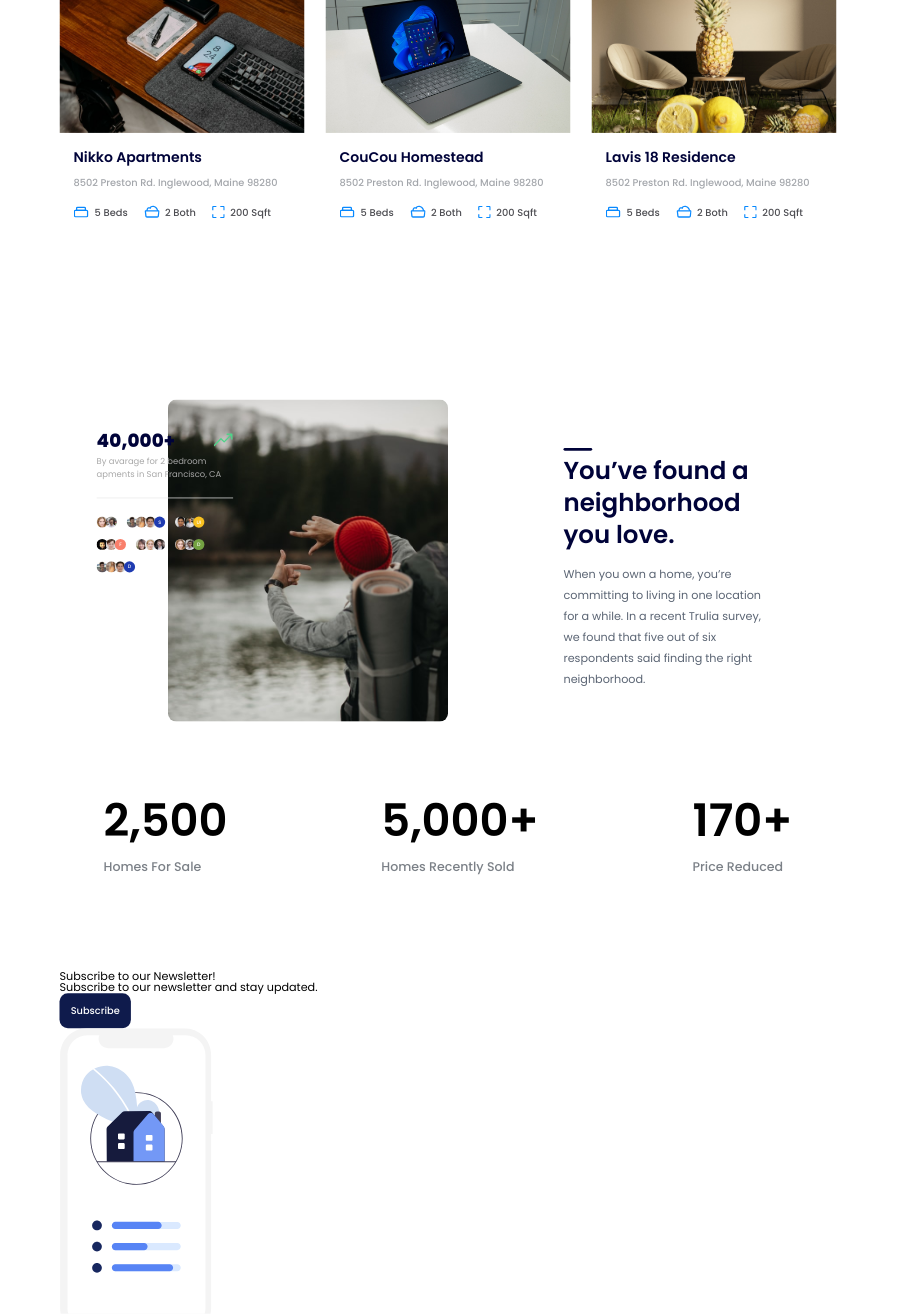
Repository: datvu1608/dv-htmlcss-01
Page: index.html
These files come from the project's save history. The page is drawn as it stood at one moment and after a run of saves; the edit follows.
The browser window is 1280 px wide. The page is 1295 px wide, so the pictures cover 1295 px, including what lies to the right of the window. The pictures show the part of the page from y = 2067 to 3947 px (the page is 3947 px tall before and 3862 px after), at 70% of full size.

Above is the page before, as saved 2023-06-13 16:15:41.

After the next 2 saves:
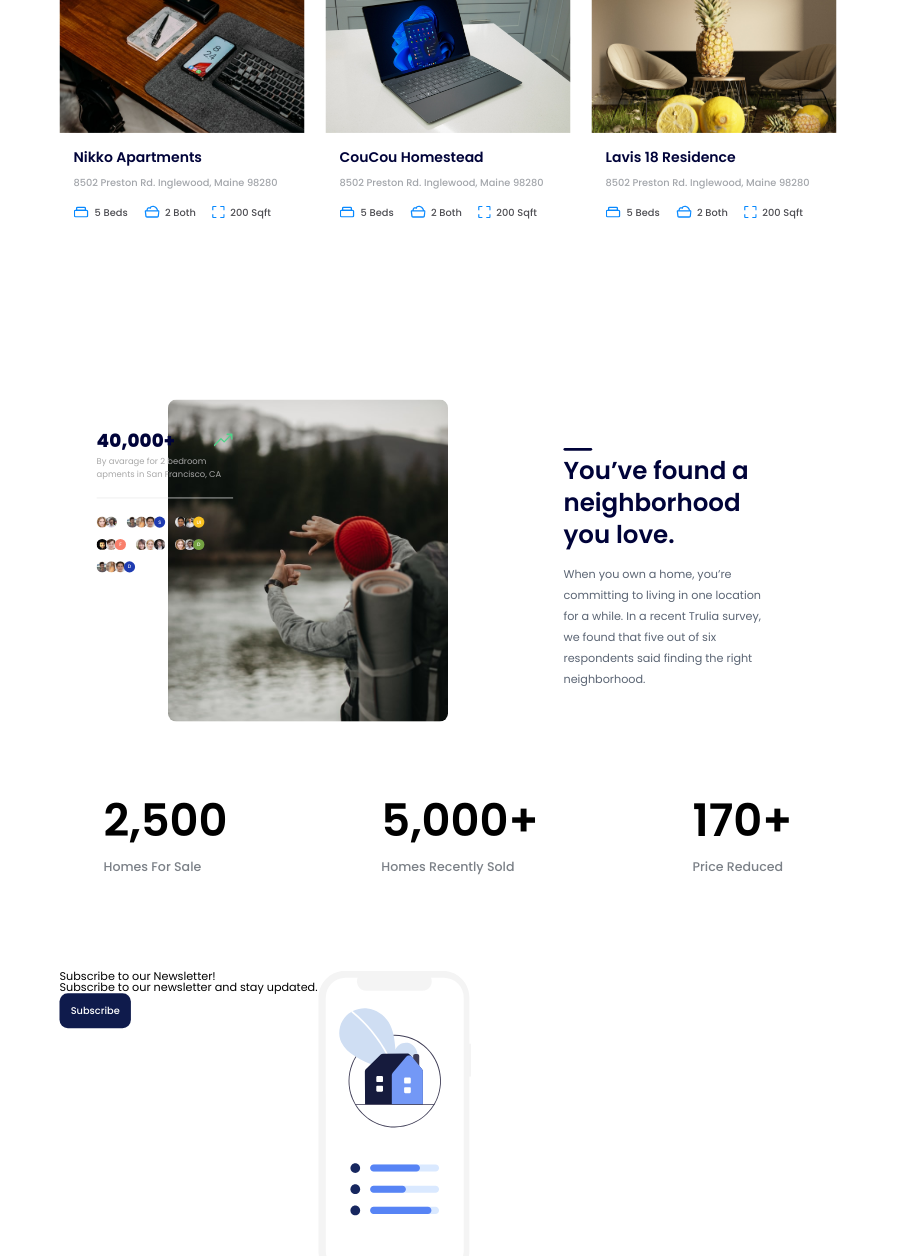
The 2 saves are shown as one change because they came seconds apart.
The last was saved 14 s later.
--- a/assets/css/style.css
+++ b/assets/css/style.css
@@ -443,3 +443,6 @@
 .subcription {
   margin-top: 90px;
 }
+.subcription .body {
+  display: flex;
+}
